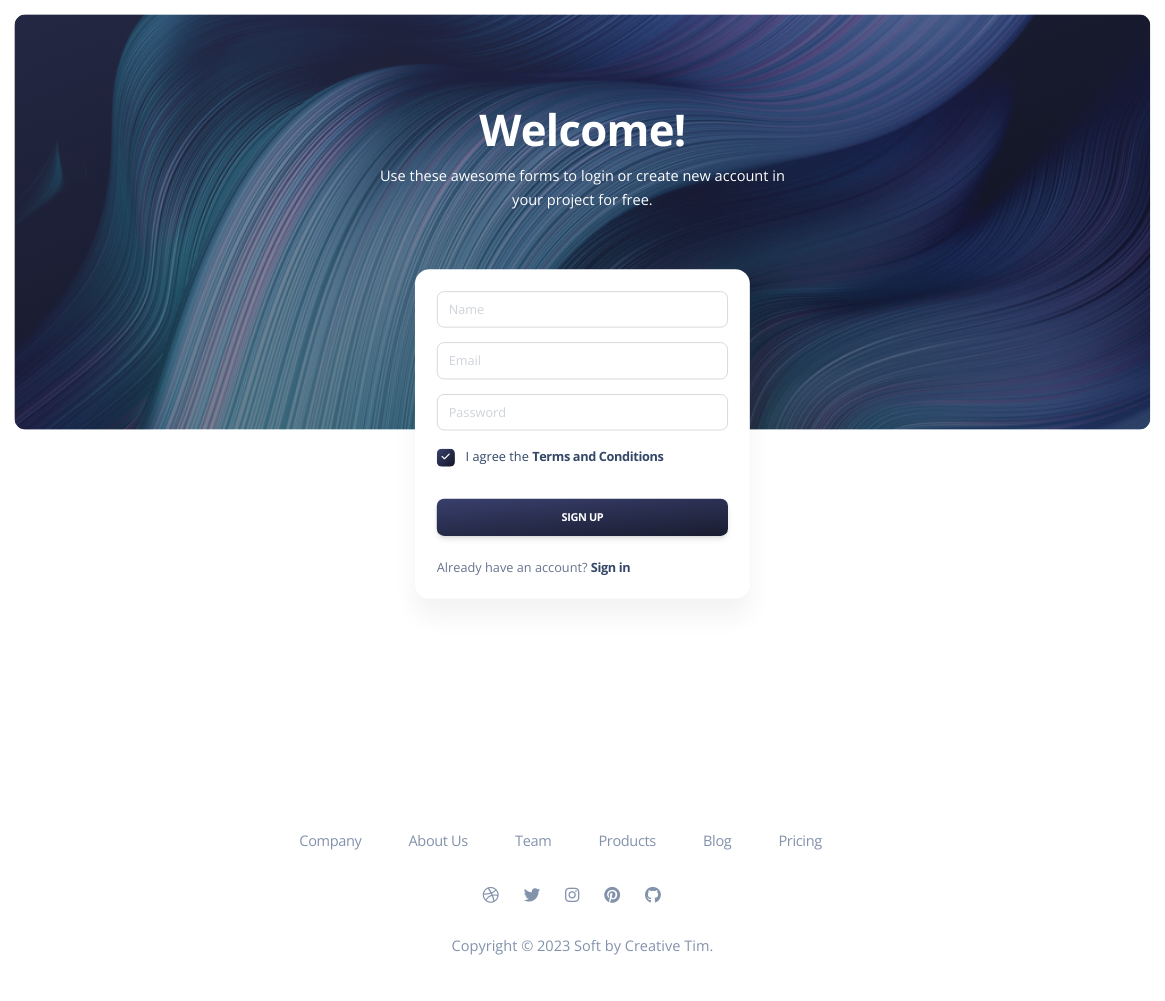
Repository: jigar-64/BlogOasis
Page: http://localhost/blogoasis/admin/pages/sign-up.php
These files come from the project's save history. The page is drawn as it stood at one moment and after the next save; the edit follows.
The browser window is 1280 px wide. The pictures show the whole page, at 91% of full size.
Some web libraries are served in a nearby version. The page is run by PHP 8.4 with error messages shown; the project is at /var/www/html/.

Above is the page before, as saved 2023-08-13 02:02:47.

### BlogOasis API/admin/pages/sign-up.php

<!DOCTYPE html>
<html lang="en">
  <head>
    <meta charset="UTF-8" />
    <meta http-equiv="X-UA-Compatible" content="IE=edge" />
    <meta name="viewport" content="width=device-width, initial-scale=1.0" />
    <link rel="apple-touch-icon" sizes="76x76" href="../assets/img/apple-icon.png" />
    <link rel="icon" type="image/png" href="../assets/img/favicon.png" />
    <title>Soft UI Dashboard Tailwind</title>
    <!-- Fonts and icons -->
    <link href="https://fonts.googleapis.com/css?family=Open+Sans:300,400,600,700" rel="stylesheet" />
    <!-- Font Awesome Icons -->
    <script src="https://kit.fontawesome.com/42d5adcbca.js" crossorigin="anonymous"></script>
    <!-- Nucleo Icons -->
    <link href="../assets/css/nucleo-icons.css" rel="stylesheet" />
    <link href="../assets/css/nucleo-svg.css" rel="stylesheet" />
    <!-- Main Styling -->
    <link href="../assets/css/soft-ui-dashboard-tailwind.css?v=1.0.5" rel="stylesheet" />

    <!-- Nepcha Analytics (nepcha.com) -->
    <!-- Nepcha is a easy-to-use web analytics. No cookies and fully compliant with GDPR, CCPA and PECR. -->
    <script defer data-site="YOUR_DOMAIN_HERE" src="https://api.nepcha.com/js/nepcha-analytics.js"></script>
  </head>

  <body class="m-0 font-sans antialiased font-normal bg-white text-start text-base leading-default text-slate-500">



    <main class="mt-0 transition-all duration-200 ease-soft-in-out">
      <section class="min-h-screen mb-32">
        <div class="relative flex items-start pt-12 pb-56 m-4 overflow-hidden bg-center bg-cover min-h-50-screen rounded-xl" style="background-image: url('../assets/img/curved-images/curved14.jpg')">
          <span class="absolute top-0 left-0 w-full h-full bg-center bg-cover bg-gradient-to-tl from-gray-900 to-slate-800 opacity-60"></span>
          <div class="container z-10">
            <div class="flex flex-wrap justify-center -mx-3">
              <div class="w-full max-w-full px-3 mx-auto mt-0 text-center lg:flex-0 shrink-0 lg:w-5/12">
                <h1 class="mt-12 mb-2 text-white">Welcome!</h1>
                <p class="text-white">Use these awesome forms to login or create new account in your project for free.</p>
              </div>
            </div>
          </div>
        </div>
        <div class="container">
          <div class="flex flex-wrap -mx-3 -mt-48 md:-mt-56 lg:-mt-48">
            <div class="w-full max-w-full px-3 mx-auto mt-0 md:flex-0 shrink-0 md:w-7/12 lg:w-5/12 xl:w-4/12">
              <div class="relative z-0 flex flex-col min-w-0 break-words bg-white border-0 shadow-soft-xl rounded-2xl bg-clip-border">

                <div class="flex-auto p-6">
                  <form action="" role="form text-left" method="post" enctype="multipart/form-data" >
                    <div class="mb-4">
                      <input type="text" class="text-sm focus:shadow-soft-primary-outline leading-5.6 ease-soft block w-full appearance-none rounded-lg border border-solid border-gray-300 bg-white bg-clip-padding py-2 px-3 font-normal text-gray-700 transition-all focus:border-fuchsia-300 focus:bg-white focus:text-gray-700 focus:outline-none focus:transition-shadow" placeholder="Name" aria-label="Name" aria-describedby="email-addon" />
                    </div>
                    <div class="mb-4">
                      <input type="email" class="text-sm focus:shadow-soft-primary-outline leading-5.6 ease-soft block w-full appearance-none rounded-lg border border-solid border-gray-300 bg-white bg-clip-padding py-2 px-3 font-normal text-gray-700 transition-all focus:border-fuchsia-300 focus:bg-white focus:text-gray-700 focus:outline-none focus:transition-shadow" placeholder="Email" aria-label="Email" aria-describedby="email-addon" />
                    </div>
                    <div class="mb-4">
                      <input type="password" class="text-sm focus:shadow-soft-primary-outline leading-5.6 ease-soft block w-full appearance-none rounded-lg border border-solid border-gray-300 bg-white bg-clip-padding py-2 px-3 font-normal text-gray-700 transition-all focus:border-fuchsia-300 focus:bg-white focus:text-gray-700 focus:outline-none focus:transition-shadow" placeholder="Password" aria-label="Password" aria-describedby="password-addon" />
                    </div>
                    <div class="min-h-6 pl-6.92 mb-0.5 block">
                      <input id="terms" class="w-4.92 h-4.92 ease-soft -ml-6.92 rounded-1.4 checked:bg-gradient-to-tl checked:from-gray-900 checked:to-slate-800 after:text-xxs after:font-awesome after:duration-250 after:ease-soft-in-out duration-250 relative float-left mt-1 cursor-pointer appearance-none border border-solid border-slate-200 bg-white bg-contain bg-center bg-no-repeat align-top transition-all after:absolute after:flex after:h-full after:w-full after:items-center after:justify-center after:text-white after:opacity-0 after:transition-all after:content-['\f00c'] checked:border-0 checked:border-transparent checked:bg-transparent checked:after:opacity-100" type="checkbox" value="" checked />
                      <label class="mb-2 ml-1 font-normal cursor-pointer select-none text-sm text-slate-700" for="terms"> I agree the <a href="javascript:;" class="font-bold text-slate-700">Terms and Conditions</a> </label>
                    </div>
                    <div class="text-center">
                      <button type="button" class="inline-block w-full px-6 py-3 mt-6 mb-2 font-bold text-center text-white uppercase align-middle transition-all bg-transparent border-0 rounded-lg cursor-pointer active:opacity-85 hover:scale-102 hover:shadow-soft-xs leading-pro text-xs ease-soft-in tracking-tight-soft shadow-soft-md bg-150 bg-x-25 bg-gradient-to-tl from-gray-900 to-slate-800 hover:border-slate-700 hover:bg-slate-700 hover:text-white">Sign up</button>
                    </div>
                    <p class="mt-4 mb-0 leading-normal text-sm">Already have an account? <a href="../pages/sign-in.html" class="font-bold text-slate-700">Sign in</a></p>
                  </form>
                </div>
              </div>
            </div>
          </div>
        </div>
      </section>
      <!-- -------- START FOOTER 3 w/ COMPANY DESCRIPTION WITH LINKS & SOCIAL ICONS & COPYRIGHT ------- -->
      <footer class="py-12">
        <div class="container">
          <div class="flex flex-wrap -mx-3">
            <div class="flex-shrink-0 w-full max-w-full mx-auto mb-6 text-center lg:flex-0 lg:w-8/12">
              <a href="javascript:;" target="_blank" class="mb-2 mr-4 text-slate-400 sm:mb-0 xl:mr-12"> Company </a>
              <a href="javascript:;" target="_blank" class="mb-2 mr-4 text-slate-400 sm:mb-0 xl:mr-12"> About Us </a>
              <a href="javascript:;" target="_blank" class="mb-2 mr-4 text-slate-400 sm:mb-0 xl:mr-12"> Team </a>
              <a href="javascript:;" target="_blank" class="mb-2 mr-4 text-slate-400 sm:mb-0 xl:mr-12"> Products </a>
              <a href="javascript:;" target="_blank" class="mb-2 mr-4 text-slate-400 sm:mb-0 xl:mr-12"> Blog </a>
              <a href="javascript:;" target="_blank" class="mb-2 mr-4 text-slate-400 sm:mb-0 xl:mr-12"> Pricing </a>
            </div>
            <div class="flex-shrink-0 w-full max-w-full mx-auto mt-2 mb-6 text-center lg:flex-0 lg:w-8/12">
              <a href="javascript:;" target="_blank" class="mr-6 text-slate-400">
                <span class="text-lg fab fa-dribbble"></span>
              </a>
              <a href="javascript:;" target="_blank" class="mr-6 text-slate-400">
                <span class="text-lg fab fa-twitter"></span>
              </a>
              <a href="javascript:;" target="_blank" class="mr-6 text-slate-400">
                <span class="text-lg fab fa-instagram"></span>
              </a>
              <a href="javascript:;" target="_blank" class="mr-6 text-slate-400">
                <span class="text-lg fab fa-pinterest"></span>
              </a>
              <a href="javascript:;" target="_blank" class="mr-6 text-slate-400">
                <span class="text-lg fab fa-github"></span>
              </a>
            </div>
          </div>
          <div class="flex flex-wrap -mx-3">
            <div class="w-8/12 max-w-full px-3 mx-auto mt-1 text-center flex-0">
              <p class="mb-0 text-slate-400">
                Copyright ©
                <script>
                  document.write(new Date().getFullYear());
                </script>
                Soft by Creative Tim.
              </p>
            </div>
          </div>
        </div>
      </footer>
      <!-- -------- END FOOTER 3 w/ COMPANY DESCRIPTION WITH LINKS & SOCIAL ICONS & COPYRIGHT ------- -->
    </main>
  </body>
  <!-- plugin for scrollbar  -->
  <script src="../assets/js/plugins/perfect-scrollbar.min.js" async></script>
  <!-- main script file  -->
  <script src="../assets/js/soft-ui-dashboard-tailwind.js?v=1.0.5" async></script>
</html>

### BlogOasis API/admin/assets/css/nucleo-svg.css
/* Generated using nucleoapp.com */
/* --------------------------------

Icon colors

-------------------------------- */

.icon {
  display: inline-block;
  /* icon primary color */
  color: #111111;
  height: 1em;
  width: 1em;
}

.icon use {
  /* icon secondary color - fill */
  fill: #7ea6f6;
}

.icon.icon-outline use {
  /* icon secondary color - stroke */
  stroke: #7ea6f6;
}

/* --------------------------------

Change icon size

-------------------------------- */

.icon-xs {
  height: 0.5em;
  width: 0.5em;
}

.icon-sm {
  height: 0.8em;
  width: 0.8em;
}

.icon-lg {
  height: 1.6em;
  width: 1.6em;
}

.icon-xl {
  height: 2em;
  width: 2em;
}

/* --------------------------------

Align icon and text

-------------------------------- */

.icon-text-aligner {
  /* add this class to parent element that contains icon + text */
  display: flex;
  align-items: center;
}

.icon-text-aligner .icon {
  color: inherit;
  margin-right: 0.4em;
}

.icon-text-aligner .icon use {
  color: inherit;
  fill: currentColor;
}

.icon-text-aligner .icon.icon-outline use {
  stroke: currentColor;
}

/* --------------------------------

Icon reset values - used to enable color customizations

-------------------------------- */

.icon {
  fill: currentColor;
  stroke: none;
}

.icon.icon-outline {
  fill: none;
  stroke: currentColor;
}

.icon use {
  stroke: none;
}

.icon.icon-outline use {
  fill: none;
}

/* --------------------------------

Stroke effects - Nucleo outline icons

- 16px icons -> up to 1px stroke (16px outline icons do not support stroke changes)
- 24px, 32px icons -> up to 2px stroke
- 48px, 64px icons -> up to 4px stroke

-------------------------------- */

.icon-outline.icon-stroke-1 {
  stroke-width: 1px;
}

.icon-outline.icon-stroke-2 {
  stroke-width: 2px;
}

.icon-outline.icon-stroke-3 {
  stroke-width: 3px;
}

.icon-outline.icon-stroke-4 {
  stroke-width: 4px;
}

.icon-outline.icon-stroke-1 use,
.icon-outline.icon-stroke-3 use {
  -webkit-transform: translateX(0.5px) translateY(0.5px);
  -moz-transform: translateX(0.5px) translateY(0.5px);
  -ms-transform: translateX(0.5px) translateY(0.5px);
  -o-transform: translateX(0.5px) translateY(0.5px);
  transform: translateX(0.5px) translateY(0.5px);
}

### BlogOasis API/admin/assets/css/perfect-scrollbar.css
/*
 * Container style
 */
.ps {
  overflow: hidden !important;
  overflow-anchor: none;
  -ms-overflow-style: none;
  touch-action: auto;
  -ms-touch-action: auto;
}

/*
   * Scrollbar rail styles
   */
.ps__rail-x {
  display: none;
  opacity: 0;
  transition: background-color 0.2s linear, opacity 0.2s linear;
  -webkit-transition: background-color 0.2s linear, opacity 0.2s linear;
  height: 15px;
  /* there must be 'bottom' or 'top' for ps__rail-x */
  bottom: 0px;
  /* please don't change 'position' */
  position: absolute;
}

.ps__rail-y {
  display: none;
  opacity: 0;
  transition: background-color 0.2s linear, opacity 0.2s linear;
  -webkit-transition: background-color 0.2s linear, opacity 0.2s linear;
  width: 15px;
  /* there must be 'right' or 'left' for ps__rail-y */
  right: 0;
  /* please don't change 'position' */
  position: absolute;
}

.ps--active-x > .ps__rail-x,
.ps--active-y > .ps__rail-y {
  display: block;
  background-color: transparent;
}

.ps:hover > .ps__rail-x,
.ps:hover > .ps__rail-y,
.ps--focus > .ps__rail-x,
.ps--focus > .ps__rail-y,
.ps--scrolling-x > .ps__rail-x,
.ps--scrolling-y > .ps__rail-y {
  opacity: 0.6;
}

.ps .ps__rail-x:hover,
.ps .ps__rail-y:hover,
.ps .ps__rail-x:focus,
.ps .ps__rail-y:focus,
.ps .ps__rail-x.ps--clicking,
.ps .ps__rail-y.ps--clicking {
  background-color: #eee;
  opacity: 0.9;
}

/*
   * Scrollbar thumb styles
   */
.ps__thumb-x {
  background-color: #aaa;
  border-radius: 6px;
  transition: background-color 0.2s linear, height 0.2s ease-in-out;
  -webkit-transition: background-color 0.2s linear, height 0.2s ease-in-out;
  height: 6px;
  /* there must be 'bottom' for ps__thumb-x */
  bottom: 2px;
  /* please don't change 'position' */
  position: absolute;
}

.ps__thumb-y {
  background-color: #aaa;
  border-radius: 6px;
  transition: background-color 0.2s linear, width 0.2s ease-in-out;
  -webkit-transition: background-color 0.2s linear, width 0.2s ease-in-out;
  width: 6px;
  /* there must be 'right' for ps__thumb-y */
  right: 2px;
  /* please don't change 'position' */
  position: absolute;
}

.ps__rail-x:hover > .ps__thumb-x,
.ps__rail-x:focus > .ps__thumb-x,
.ps__rail-x.ps--clicking .ps__thumb-x {
  background-color: #999;
  height: 11px;
}

.ps__rail-y:hover > .ps__thumb-y,
.ps__rail-y:focus > .ps__thumb-y,
.ps__rail-y.ps--clicking .ps__thumb-y {
  background-color: #999;
  width: 11px;
}

/* MS supports */
@supports (-ms-overflow-style: none) {
  .ps {
    overflow: auto !important;
  }
}

@media screen and (-ms-high-contrast: active), (-ms-high-contrast: none) {
  .ps {
    overflow: auto !important;
  }
}

Loaded but not shown: BlogOasis API/admin/assets/js/plugins/perfect-scrollbar.min.js (library); BlogOasis API/admin/assets/js/soft-ui-dashboard-tailwind.js (79 lines, source omitted); BlogOasis API/admin/assets/js/perfect-scrollbar.js (36 lines, source omitted); BlogOasis API/admin/assets/css/soft-ui-dashboard-tailwind.css (4273 lines, source omitted); BlogOasis API/admin/assets/css/nucleo-icons.css (597 lines, source omitted)

After the next save:
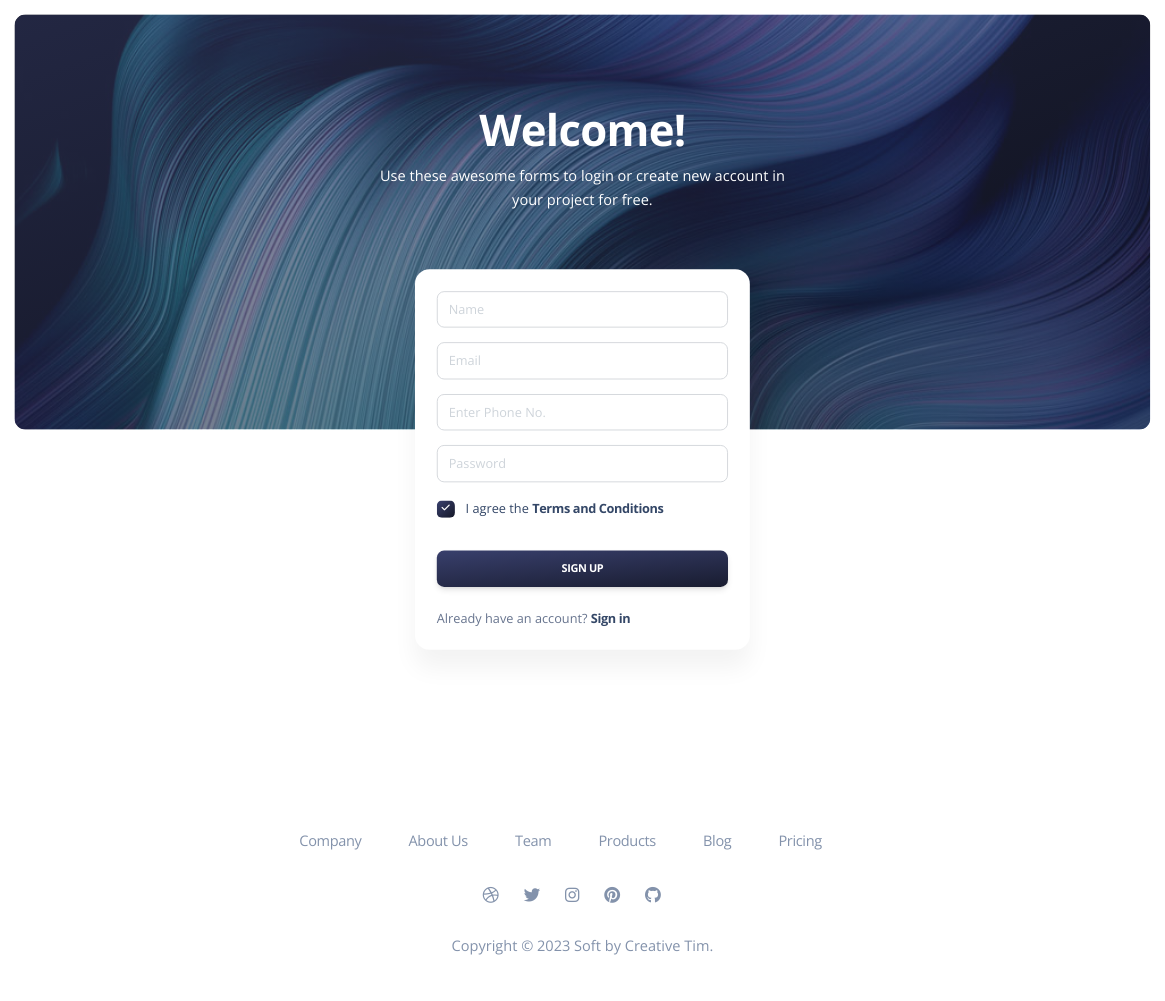
Saved 118 s later.
--- a/BlogOasis API/admin/pages/sign-up.php
+++ b/BlogOasis API/admin/pages/sign-up.php
@@ -48,13 +48,16 @@
                 <div class="flex-auto p-6">
                   <form action="" role="form text-left" method="post" enctype="multipart/form-data" >
                     <div class="mb-4">
-                      <input type="text" class="text-sm focus:shadow-soft-primary-outline leading-5.6 ease-soft block w-full appearance-none rounded-lg border border-solid border-gray-300 bg-white bg-clip-padding py-2 px-3 font-normal text-gray-700 transition-all focus:border-fuchsia-300 focus:bg-white focus:text-gray-700 focus:outline-none focus:transition-shadow" placeholder="Name" aria-label="Name" aria-describedby="email-addon" />
+                      <input type="text" class="text-sm focus:shadow-soft-primary-outline leading-5.6 ease-soft block w-full appearance-none rounded-lg border border-solid border-gray-300 bg-white bg-clip-padding py-2 px-3 font-normal text-gray-700 transition-all focus:border-fuchsia-300 focus:bg-white focus:text-gray-700 focus:outline-none focus:transition-shadow" placeholder="Name" aria-label="Name" aria-describedby="email-addon" name="user_name"/>
                     </div>
                     <div class="mb-4">
-                      <input type="email" class="text-sm focus:shadow-soft-primary-outline leading-5.6 ease-soft block w-full appearance-none rounded-lg border border-solid border-gray-300 bg-white bg-clip-padding py-2 px-3 font-normal text-gray-700 transition-all focus:border-fuchsia-300 focus:bg-white focus:text-gray-700 focus:outline-none focus:transition-shadow" placeholder="Email" aria-label="Email" aria-describedby="email-addon" />
+                      <input type="email" class="text-sm focus:shadow-soft-primary-outline leading-5.6 ease-soft block w-full appearance-none rounded-lg border border-solid border-gray-300 bg-white bg-clip-padding py-2 px-3 font-normal text-gray-700 transition-all focus:border-fuchsia-300 focus:bg-white focus:text-gray-700 focus:outline-none focus:transition-shadow" placeholder="Email" aria-label="Email" aria-describedby="email-addon" name="user_email" />
                     </div>
                     <div class="mb-4">
-                      <input type="password" class="text-sm focus:shadow-soft-primary-outline leading-5.6 ease-soft block w-full appearance-none rounded-lg border border-solid border-gray-300 bg-white bg-clip-padding py-2 px-3 font-normal text-gray-700 transition-all focus:border-fuchsia-300 focus:bg-white focus:text-gray-700 focus:outline-none focus:transition-shadow" placeholder="Password" aria-label="Password" aria-describedby="password-addon" />
+                      <input type="text" class="text-sm focus:shadow-soft-primary-outline leading-5.6 ease-soft block w-full appearance-none rounded-lg border border-solid border-gray-300 bg-white bg-clip-padding py-2 px-3 font-normal text-gray-700 transition-all focus:border-fuchsia-300 focus:bg-white focus:text-gray-700 focus:outline-none focus:transition-shadow" placeholder="Enter Phone No." aria-label="pno" aria-describedby="email-addon" name="user_phoneNo" />
+                    </div>
+                    <div class="mb-4">
+                      <input type="password" class="text-sm focus:shadow-soft-primary-outline leading-5.6 ease-soft block w-full appearance-none rounded-lg border border-solid border-gray-300 bg-white bg-clip-padding py-2 px-3 font-normal text-gray-700 transition-all focus:border-fuchsia-300 focus:bg-white focus:text-gray-700 focus:outline-none focus:transition-shadow" placeholder="Password" aria-label="Password" aria-describedby="password-addon" name="user_pass"/>
                     </div>
                     <div class="min-h-6 pl-6.92 mb-0.5 block">
                       <input id="terms" class="w-4.92 h-4.92 ease-soft -ml-6.92 rounded-1.4 checked:bg-gradient-to-tl checked:from-gray-900 checked:to-slate-800 after:text-xxs after:font-awesome after:duration-250 after:ease-soft-in-out duration-250 relative float-left mt-1 cursor-pointer appearance-none border border-solid border-slate-200 bg-white bg-contain bg-center bg-no-repeat align-top transition-all after:absolute after:flex after:h-full after:w-full after:items-center after:justify-center after:text-white after:opacity-0 after:transition-all after:content-['\f00c'] checked:border-0 checked:border-transparent checked:bg-transparent checked:after:opacity-100" type="checkbox" value="" checked />
